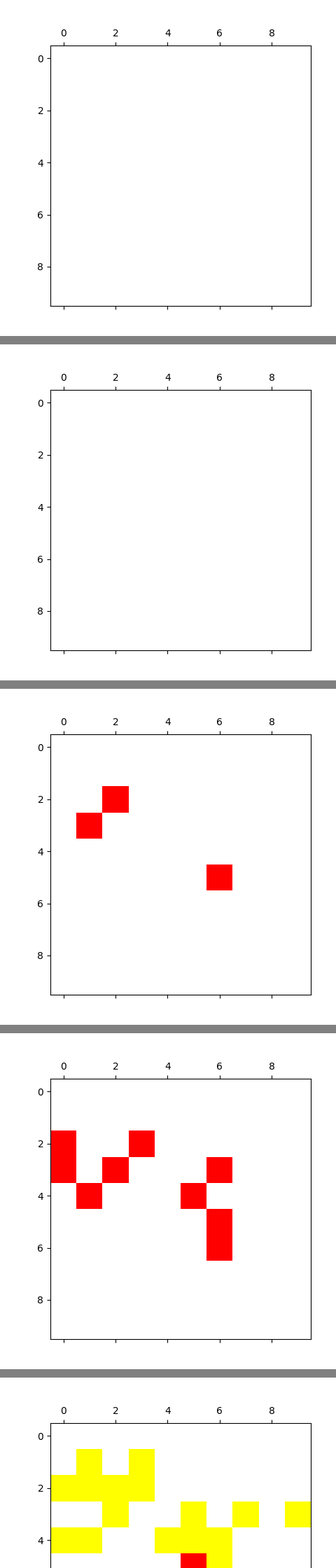
Repository: eduardodut/Trabalho_final_estatistica_cd
Script's output: python src/Simulador.py
The author's editor kept a copy of each file at every save. The script's output is drawn from the files as they stood at one save, then again after the next save.
The pictures show rows 0 to 2240 of an output 3924 px tall, at 70% of full size.
Each picture stacks the figures in order, with grey between them; figures that are only written to a file come last. The script is stopped after its 8th figure. Random numbers start from a fixed seed.

Above is the script's output before, as saved 2020-07-10 18:53:26.

### src/Simulador.py
import pandas as pd
import numpy as np
from Matriz_esferica import Matriz_esferica
from Individuo import Individuo, Fabrica_individuo
import random
from itertools import permutations
import matplotlib.pyplot as plt
from matplotlib.colors import ListedColormap
from scipy.sparse import csr_matrix, lil_matrix




class Simulador():

    def __init__(
        self,
        tamanho_matriz,                 #numero de linhas e colunas da matriz esférica
        percentual_inicial_tipo1,       #percentual inicial da população que será infectada tipo 1
        percentual_inicial_tipo2,       #percentual inicial da população que será infectada tipo 2
        chance_infeccao,                #chance que um infectado tipo 2 tem de infectar um indivíduo saudável
        chance_infeccao_tipo2,          #chance de um indivíduo infectado se tornar contagioso
        chance_morte,                   #chance de um indivíduo tipo 2 morrer ao fim de uma atualização
        atualizacoes_cura):             #número de atualizações necessárias para a cura de um indivíduo tipo 1 ou 2

        self.num_atualizacoes = 0
        self.lista_infectados_tipo_2 = []
        self.lista_infectados_tipo_1 = []
        self.num_curados = 0
        self.num_mortos = 0

        self.chance_infeccao = chance_infeccao
        self.chance_infeccao_tipo2 = chance_infeccao_tipo2
        self.chance_morte = chance_morte

        self.populacao_inicial = int(tamanho_matriz**2)
        self.num_inicial_tipo2 = int(self.populacao_inicial * percentual_inicial_tipo2)
        self.num_inicial_tipo1 = int(self.populacao_inicial * percentual_inicial_tipo1)
        self.num_inicial_sadios = self.populacao_inicial - (self.num_inicial_tipo2 + self.num_inicial_tipo1)
        self.fabrica_individuo = Fabrica_individuo(atualizacoes_cura)



        self.df_individuos = pd.DataFrame(index= range(tamanho_matriz), columns=range(tamanho_matriz))


        self.popular(tamanho_matriz)

        self.lista_matrizes_posicionamento = []





        #objeto que é responsável por validar a movimentação no grid n x n
        self.matriz_esferica = Matriz_esferica(tamanho_matriz)


        self.matriz_status = lil_matrix((tamanho_matriz, tamanho_matriz),dtype= np.uint8)


        dict = {
                'num_sadios':self.num_inicial_sadios,
                'num_infect_t1':self.num_inicial_tipo1,
                'num_infect_t2':self.num_inicial_tipo2,
                'num_curados':0,
                'num_mortos':0}


        #dataframe que guardará os resultados de cada atualização
        self.dataframe = pd.DataFrame(index = [0])
        self.salvar_posicionamento()



    def salvar_posicionamento(self):
        self.lista_matrizes_posicionamento.append(self.matriz_status)


    def verificar_infeccao(self, lista_infectantes):
        lista_novos_infectados_tipo1 = []
        lista_novos_infectados_tipo2 = []
        #itera sobre sobre a lista de individuos que infectam e cada um realiza a tividade de infectar
        for X,Y in lista_infectantes:

            #busca os vizinhos do infectante atual
            lista_vizinhos = self.matriz_esferica.get_vizinhos(X, Y)
            #Para cada vizinho, se ele for sadio, é gerado um número aleatório para verificar se foi infectado
            for x,y in lista_vizinhos:

                #verificação de SADIO
                if self.matriz_status[x,y] == Individuo.SADIO:
                    #verificação do novo status
                    novo_status = self.infectar(chance_infeccao, chance_infeccao_tipo2)
                    #se for um infectado tipo 1
                    if novo_status == Individuo.INFECTADO_TIPO_1:
                        #adiciona na lista de novos tipo 1
                        lista_novos_infectados_tipo1.append((x,y))
                        #modifica o status na matriz de status
                        self.df_individuos.loc[x,y] = self.fabrica_individuo.criar_individuo(Individuo.INFECTADO_TIPO_1,(x,y))
                        self.matriz_status[x,y] = Individuo.INFECTADO_TIPO_1

                    if novo_status == Individuo.INFECTADO_TIPO_2:
                        #adiciona na lista de novos tipo 2
                        lista_novos_infectados_tipo2.append((x,y))
                        #modifica o status na matriz de status
                        self.df_individuos.loc[x,y] = self.fabrica_individuo.criar_individuo(Individuo.INFECTADO_TIPO_2,(x,y))
                        self.matriz_status[x,y] = Individuo.INFECTADO_TIPO_2

        return lista_novos_infectados_tipo1, lista_novos_infectados_tipo2

    def verificar_morte(self, lista_infectantes_tipo2):
        num_mortos = 0
        num_curados = 0
        for x,y in lista_infectantes_tipo2:
            novo_status = self.df_individuos.loc[x,y].checagem_morte(self.chance_morte)
            if novo_status == Individuo.MORTO:
                num_mortos += 1
                self.matriz_status[x,y] = Individuo.MORTO
                lista_infectantes_tipo2.remove((x,y))
            if novo_status == Individuo.CURADO:
                num_curados += 1
                self.matriz_status[x,y] = Individuo.CURADO
                lista_infectantes_tipo2.remove((x,y))

        return num_mortos, num_curados


    def verificar_cura(self, lista_infectantes):
        num_curados = 0
        for x,y in lista_infectantes:
            novo_status = self.df_individuos.loc[x,y].checagem_cura()
            if novo_status == Individuo.CURADO:
                num_curados += 1
                self.matriz_status[x,y] = Individuo.CURADO
                lista_infectantes.remove((x,y))

        return num_curados




    def iterar(self):

        #Verifica os novos infectados a partir dos atuais infectantes na matriz
        lista_novos_infectados_tipo1, lista_novos_infectados_tipo2 = self.verificar_infeccao(self.lista_infectados_tipo_1 + self.lista_infectados_tipo_2)


        #Verifica morte dos tipo 2
        num_mortos_atualizacao, num_curados_t2_atualizacao = self.verificar_morte(self.lista_infectados_tipo_2)



        # #retirar os mortos da atualização da lista de infectados tipo 2
        # self.lista_infectados_tipo_2 = [i for i in self.lista_infectados_tipo_2 if i.status != Individuo.MORTO]

        #atualiza o novo número de mortos
        self.num_mortos += num_mortos_atualizacao


        #Verificar cura
        num_curados_t1_atualizacao = self.verificar_cura(self.lista_infectados_tipo_1)


        # #retirar os curados das lista de infectados tipo 1 e 2
        # self.lista_infectados_tipo_2 = [i for i in self.lista_infectados_tipo_2 if i.status != Individuo.CURADO]
        # self.lista_infectados_tipo_1 = [i for i in self.lista_infectados_tipo_1 if i.status != Individuo.CURADO]

        #adiciona os novos curados na lista geral de curados
        self.num_curados = self.num_curados + num_curados_t1_atualizacao + num_curados_t2_atualizacao



        # self.  #movimentar infectantes:
        for x,y in self.lista_infectados_tipo_1:
            self.mover_infectante((x,y))

        for x,y in self.lista_infectados_tipo_2:
            self.mover_infectante((x,y))


        #adicionar os novos infectados tipo 1 e 2 para as respectivas listas
        self.lista_infectados_tipo_2 = self.lista_infectados_tipo_2 + lista_novos_infectados_tipo2
        self.lista_infectados_tipo_1 = self.lista_infectados_tipo_1 + lista_novos_infectados_tipo1



        num_tipo_1 = len(self.lista_infectados_tipo_1)

        num_tipo_2 = len(self.lista_infectados_tipo_2)

        dict = {
                'num_sadios':self.populacao_inicial - self.num_mortos - self.num_curados - num_tipo_1 - num_tipo_2 ,
                'num_infect_t1':num_tipo_1,
                'num_infect_t2':num_tipo_2,
                'num_curados':self.num_curados,
                'num_mortos':self.num_mortos}

        self.dataframe = self.dataframe.append(dict, ignore_index=True)

        print("num t1: ", num_tipo_1)
        print("num t2: ", num_tipo_2)
        print("num curados: ", self.num_curados)
        print("num mortos: ", self.num_mortos)
        print("---------")
        #salva a nova matriz de status
        self.salvar_posicionamento()

        #adiciona 1 ao número de atualizações realizadas na matriz
        self.num_atualizacoes +=1

    def infectar(self, chance_infeccao, chance_infeccao_tipo2):
        saida = Individuo.SADIO

        #número aleatório para chance de infectar o vizinho
        rng_infeccao = random.random()
        if rng_infeccao <= chance_infeccao:
            #número aleatório para chance de infecção tipo 1 ou 2
            rng_infeccao_tipo2 = random.random()
            if rng_infeccao_tipo2 <= chance_infeccao_tipo2:
                saida = Individuo.INFECTADO_TIPO_2
            else:
                saida = Individuo.INFECTADO_TIPO_1
        return saida

    def popular(self, tamanho_matriz):

        # for index, row in self.df_individuos.iterrows():
        #     for item in row:
        #         item = self.fabrica_individuo.criar_individuo(Individuo.SADIO,(0,0))
        self.df_individuos.iloc[:,:] = self.fabrica_individuo.criar_individuo(Individuo.SADIO,(0,0))


        #lista de possíveis combinações de índices da matriz de dados
        permutacoes = permutations(list(range(tamanho_matriz)),2)
        #conversão para lista de tuplas(x,y)
        lista_indices = list(permutacoes)
        #embaralhamento dos índices
        random.shuffle(lista_indices)

        #cria o primeiro tipo1:
        indice = lista_indices.pop()
        ind_x = indice[0]
        ind_y = indice[1]
        self.lista_infectados_tipo_1.append((ind_x,ind_y))
        self.df_individuos.loc[ind_x,ind_y] = self.fabrica_individuo.criar_individuo(Individuo.INFECTADO_TIPO_1,(ind_x,ind_y))

        #cria o restante dos tipos 1
        for i in range(1,self.num_inicial_tipo1):
            indice = lista_indices.pop()
            ind_x = indice[0]
            ind_y = indice[1]
            self.lista_infectados_tipo_1.append((ind_x,ind_y))
            self.df_individuos.loc[ind_x,ind_y] = self.fabrica_individuo.criar_individuo(Individuo.INFECTADO_TIPO_1,(ind_x,ind_y))


        #cria o restante dos tipo 2:
        for indice in range(self.num_inicial_tipo2):
            indice = lista_indices.pop()
            ind_x = indice[0]
            ind_y = indice[1]
            self.lista_infectados_tipo_2.append((ind_x,ind_y))
            self.df_individuos.loc[ind_x,ind_y] = self.fabrica_individuo.criar_individuo(Individuo.INFECTADO_TIPO_2,(ind_x,ind_y))


    def trocar_status_localizacao(self,ponto_ini,ponto_final):
        x_ini = ponto_ini[0]
        y_ini = ponto_ini[1]
        x_fin = ponto_final[0]
        y_fin = ponto_final[1]

        aux1 = self.matriz_status[x_fin,y_fin]
        self.matriz_status[x_fin,y_fin] = self.matriz_status[x_ini,y_ini]
        self.matriz_status[x_ini,y_ini] = aux1

        aux2 = self.df_individuos.loc[x_fin,y_fin]
        self.df_individuos.loc[x_fin,y_fin] = self.df_individuos.loc[x_ini,y_ini]
        self.df_individuos.loc[x_ini,y_ini] = aux2



    def mover_infectante(self, posicao_inicial):
        pos_x, pos_y = posicao_inicial[0], posicao_inicial[1]
        rng_posicao = random.random()
        if rng_posicao <=0.25:
            #move pra cima
            pos_x -= 1
        elif rng_posicao <=0.5:
            #move pra baixo
            pos_x += 1
        elif rng_posicao <=0.75:
            #move para esquerda
            pos_y -= 1
        else:
            #move para direita
            pos_y += 1

        novo_x, novo_y = self.matriz_esferica.valida_ponto_matriz(pos_x, pos_y)
        #descobre qual individuo ocupa atualmente a posição para atribuí-lo a posição de quem o está substituindo
        status = self.matriz_status[novo_x, novo_y]
        # if status == Individuo.INFECTADO_TIPO_1:
        #     individuo_ocupante_destino = self.matriz_localizacao[novo_x, novo_y]
        #     print(status)
        #     print(individuo_ocupante_destino)
        #     print(len(self.lista_infectados_tipo_1))

        #     self.lista_infectados_tipo_1[individuo_ocupante_destino].posicao = infectante.posicao
        # elif status == Individuo.INFECTADO_TIPO_2:
        #     individuo_ocupante_destino = self.matriz_localizacao[novo_x, novo_y]
        #     print(status)
        #     print(individuo_ocupante_destino)
        #     print(len(self.lista_infectados_tipo_2))
        #     self.lista_infectados_tipo_2[individuo_ocupante_destino].posicao = infectante.posicao

        # elif status == Individuo.CURADO:
        #     individuo_ocupante_destino = self.matriz_localizacao[novo_x, novo_y]
        #     self.lista_curados[individuo_ocupante_destino].posicao = infectante.posicao
        # elif status == Individuo.MORTO:
        #     individuo_ocupante_destino = self.matriz_localizacao[novo_x, novo_y]
        #     self.lista_matrizes_posicionamento[individuo_ocupante_destino].posicao = infectante.posicao


        self.trocar_status_localizacao(posicao_inicial,(novo_x, novo_y))







chance_infeccao = 0.3
chance_infeccao_tipo2 = 0.1
chance_morte = 0.2
atualizacoes_cura = 10
percentual_inicial_tipo1 = 0.01
percentual_inicial_tipo2 = 0.01


sim = Simulador(
    10,
    percentual_inicial_tipo1,
    percentual_inicial_tipo2,
    chance_infeccao,
    chance_infeccao_tipo2,
    chance_morte,atualizacoes_cura)

#print(sim.lista_matrizes_posicionamento[0])
#print(sim.lista_infectados_tipo_2)
#print(sim.lista_infectados_tipo_1)
cmap = ListedColormap(['w', 'y', 'yellow', 'red'])



plt.matshow(sim.lista_matrizes_posicionamento[0].toarray(), cmap = cmap)
sim.iterar()


plt.matshow(sim.lista_matrizes_posicionamento[1].toarray(),cmap = cmap)
sim.iterar()

plt.matshow(sim.lista_matrizes_posicionamento[2].toarray(), cmap = cmap)
sim.iterar()

plt.matshow(sim.lista_matrizes_posicionamento[3].toarray(), cmap = cmap)
sim.iterar()

plt.matshow(sim.lista_matrizes_posicionamento[4].toarray(), cmap = cmap)
sim.iterar()


plt.matshow(sim.lista_matrizes_posicionamento[5].toarray(), cmap= cmap)
sim.iterar()

plt.matshow(sim.lista_matrizes_posicionamento[6].toarray(), cmap = cmap)
sim.iterar()
plt.matshow(sim.lista_matrizes_posicionamento[7].toarray(), cmap = cmap)
sim.iterar()
plt.matshow(sim.lista_matrizes_posicionamento[8].toarray(), cmap = cmap)
sim.iterar()
plt.matshow(sim.lista_matrizes_posicionamento[9].toarray(), cmap = cmap)
sim.iterar()
plt.show();

### src/Matriz_esferica.py

import random

class Matriz_esferica():

    def __init__(self, tamanho):
        self.tamanho = tamanho

    def get_vizinho_esquerda(self, indice_x: int, indice_y: int):
        return self.checa_limite_matriz(indice_x), self.checa_limite_matriz(indice_y -1)

    def get_vizinho_direita(self, indice_x: int, indice_y: int):
        return self.checa_limite_matriz(indice_x), self.checa_limite_matriz(indice_y + 1)

    def get_vizinho_cima(self, indice_x: int, indice_y: int):
        return self.checa_limite_matriz(indice_x - 1), self.checa_limite_matriz(indice_y)

    def get_vizinho_baixo(self, indice_x: int, indice_y: int):
        return self.checa_limite_matriz(indice_x + 1), self.checa_limite_matriz(indice_y)

    def get_vizinhos(self, indice_x: int, indice_y: int):

        return self.get_vizinho_cima(indice_x,indice_y), self.get_vizinho_baixo(indice_x,indice_y),  self.get_vizinho_esquerda(indice_x,indice_y), self.get_vizinho_direita(indice_x,indice_y)

    def checa_limite_matriz(self, indice):

        if indice < 0:
            return self.tamanho + indice
        elif indice > self.tamanho - 1:
            return indice - self.tamanho
        else:
            return indice

    def valida_ponto_matriz(self, indice_x: int, indice_y: int):

        return self.checa_limite_matriz(indice_x), self.checa_limite_matriz(indice_y)

    #devolve um ponto aleatório vizinho da matriz a partir do ponto especificado em uma das 8 direções
    def passo(self, indice_x: int, indice_y: int, tamanho_max_passo: int):

        passo_x = tamanho_max_passo if random.random() >=0.5 else -tamanho_max_passo
        passo_y = tamanho_max_passo if random.random() >=0.5 else -tamanho_max_passo
        return self.checa_limite_matriz(indice_x + passo_x), self.checa_limite_matriz(indice_y + passo_y)

### src/Individuo.py
import random

class Individuo():

    SADIO = 0
    INFECTADO_TIPO_1 = 1 #assintomáticos e o infectado inicial
    INFECTADO_TIPO_2 = 2 #sintomático
    CURADO = 3
    MORTO = 4

    def __init__(
        self,
        status,
        atualizacoes_cura,
        posicao):

        self.status = status
        self.atualizacoes_cura = atualizacoes_cura
        self.posicao = posicao
    def __repr__(self):
        return  str(self.status)


    def infectar(self, chance_infeccao, chance_infeccao_tipo2):
        saida = Individuo.SADIO
        if (self.status == Individuo.INFECTADO_TIPO_2 or self.status == Individuo.INFECTADO_TIPO_1):
            #número aleatório para chance de infectar o vizinho
            rng_infeccao = random.random()
            if rng_infeccao <= chance_infeccao:
                #número aleatório para chance de infecção tipo 1 ou 2
                rng_infeccao_tipo2 = random.random()
                if rng_infeccao_tipo2 <= chance_infeccao_tipo2:
                    saida = Individuo.INFECTADO_TIPO_2
                else:
                    saida = Individuo.INFECTADO_TIPO_1



        return saida

    def checagem_morte(self, chance_morte):

        if self.status == Individuo.INFECTADO_TIPO_2:
            rng_morte = random.random()
            if rng_morte <= chance_morte:
                self.status = Individuo.MORTO
                return self.status

        return self.checagem_cura()

    def checagem_cura(self):
        if self.status == Individuo.INFECTADO_TIPO_2 or self.status == Individuo.INFECTADO_TIPO_1:
            self.atualizacoes_cura = self.atualizacoes_cura - 1

            if self.atualizacoes_cura == 0:
                self.status = Individuo.CURADO

        return self.status



class Fabrica_individuo():

    def __init__(
        self,
        atualizacoes_cura):             #número de atualizações necessárias para a cura de um indivíduo tipo 1 ou 2

        self.atualizacoes_cura = atualizacoes_cura

    def criar_individuo(self, status_inicial, posicao):

        return Individuo(
            status_inicial,
            self.atualizacoes_cura,
            posicao)

After the next save:
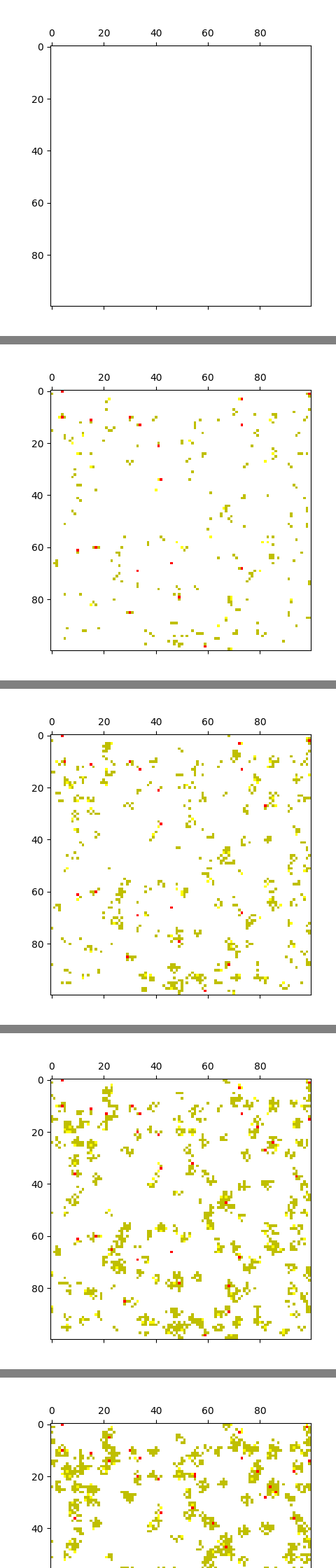
Saved 27 s later.
--- a/src/Simulador.py
+++ b/src/Simulador.py
@@ -337,7 +337,7 @@ percentual_inicial_tipo2 = 0.01
 
 
 sim = Simulador(
-    10,
+    100,
     percentual_inicial_tipo1,
     percentual_inicial_tipo2,
     chance_infeccao,
